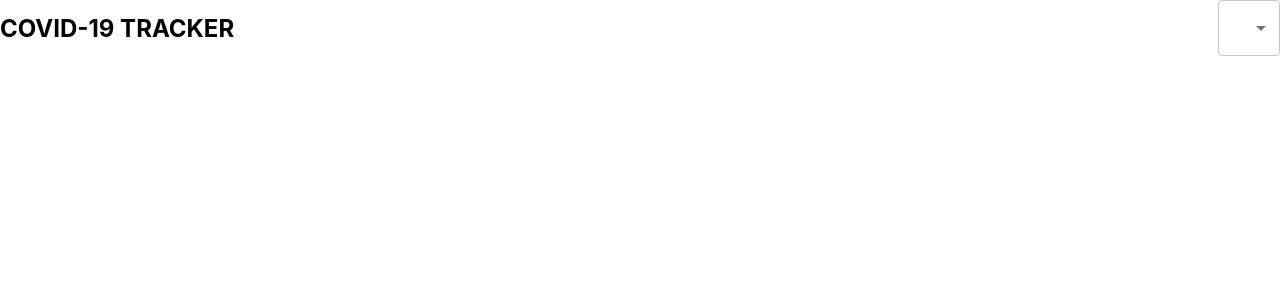
Repository: exiled-kal/2OnProcess
Page: /
These files come from the project's save history. The page is drawn as it stood at one moment and after the next save; the edit follows.
The browser window is 1280 px wide. The page is 1288 px wide, so the pictures cover 1288 px, including what lies to the right of the window. The pictures show the whole page.
The page's requests for data from a server got no answer. The project was rebuilt for these pictures with package versions that can differ from the ones it lists, and the page was loaded fresh each time. No one was signed in, and anything a server would have sent is missing.

Above is the page before, as saved 2020-08-16 22:39:22.

### src/index.css


body {
  margin: 0;
  font-family: -apple-system, BlinkMacSystemFont, 'Segoe UI', 'Roboto', 'Oxygen',
    'Ubuntu', 'Cantarell', 'Fira Sans', 'Droid Sans', 'Helvetica Neue',
    sans-serif;
  -webkit-font-smoothing: antialiased;
  -moz-osx-font-smoothing: grayscale;
}

code {
  font-family: source-code-pro, Menlo, Monaco, Consolas, 'Courier New',
    monospace;
}

### src/App.js
import React, {useState, useEffect} from 'react';
import './App.css';
import {FormControl, Select, MenuItem} from '@material-ui/core';

function App() {
  const [countries, setCountries] = useState([]);
  const [country, setCountry] = useState('worldwide');

  // https://disease.sh/v3/covid-19/countries

  useEffect(() => {
    const getCountriesData = async () => {
      await fetch('https://disease.sh/v3/covid-19/countries')
        .then((response) => response.json())
        .then((data) => {
          const countries = data.map((country) => ({
            name: country.country, //United States, United Kingdom
            value: country.countryInfo.iso2, // UK, USA
          }));
          setCountries(countries);
        });
    };
    getCountriesData();
  }, []);
  return (
    <div className="app">
      <div className="app__header">
        <h2>COVID-19 TRACKER</h2>
        <FormControl className="app__dropdown">
          <Select variant="outlined" value={"abc"}>
            <MenuItem value="worldwide">WorldWide</MenuItem>
            {countries.map((country) => (
              <MenuItem value={country.value}>{country.name}</MenuItem>
            ))}
          </Select>
        </FormControl>
      </div>

      {/* Header */}
      {/* Title + Select input dropdown */}

      {/* Infoboxes */}
      {/* Infoboxes */}
      {/* Infoboxes */}
      {/* Infoboxes */}

      {/* Table */}
      {/* Graph */}

      {/* Map */}
    </div>
  );
}

export default App;

### src/App.css
* {
  margin: 0;
}

.app__header {
  display: flex;
  align-items: center;
  margin-bottom: 20px;
  justify-content: space-between;

}

Loaded but not shown: public/index.html (common file); src/index.js (common file); src/serviceWorker.js (common file)

After the next save:
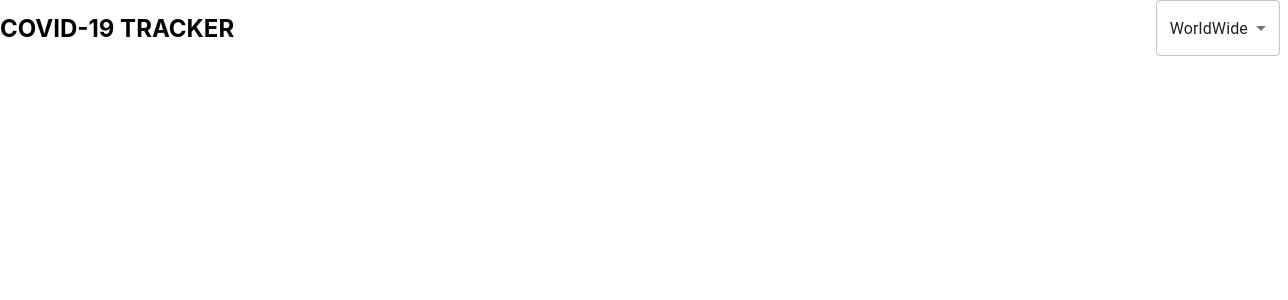
Saved 4 s later.
--- a/src/App.js
+++ b/src/App.js
@@ -27,7 +27,7 @@ function App() {
       <div className="app__header">
         <h2>COVID-19 TRACKER</h2>
         <FormControl className="app__dropdown">
-          <Select variant="outlined" value={"abc"}>
+          <Select variant="outlined" value={country}>
             <MenuItem value="worldwide">WorldWide</MenuItem>
             {countries.map((country) => (
               <MenuItem value={country.value}>{country.name}</MenuItem>
